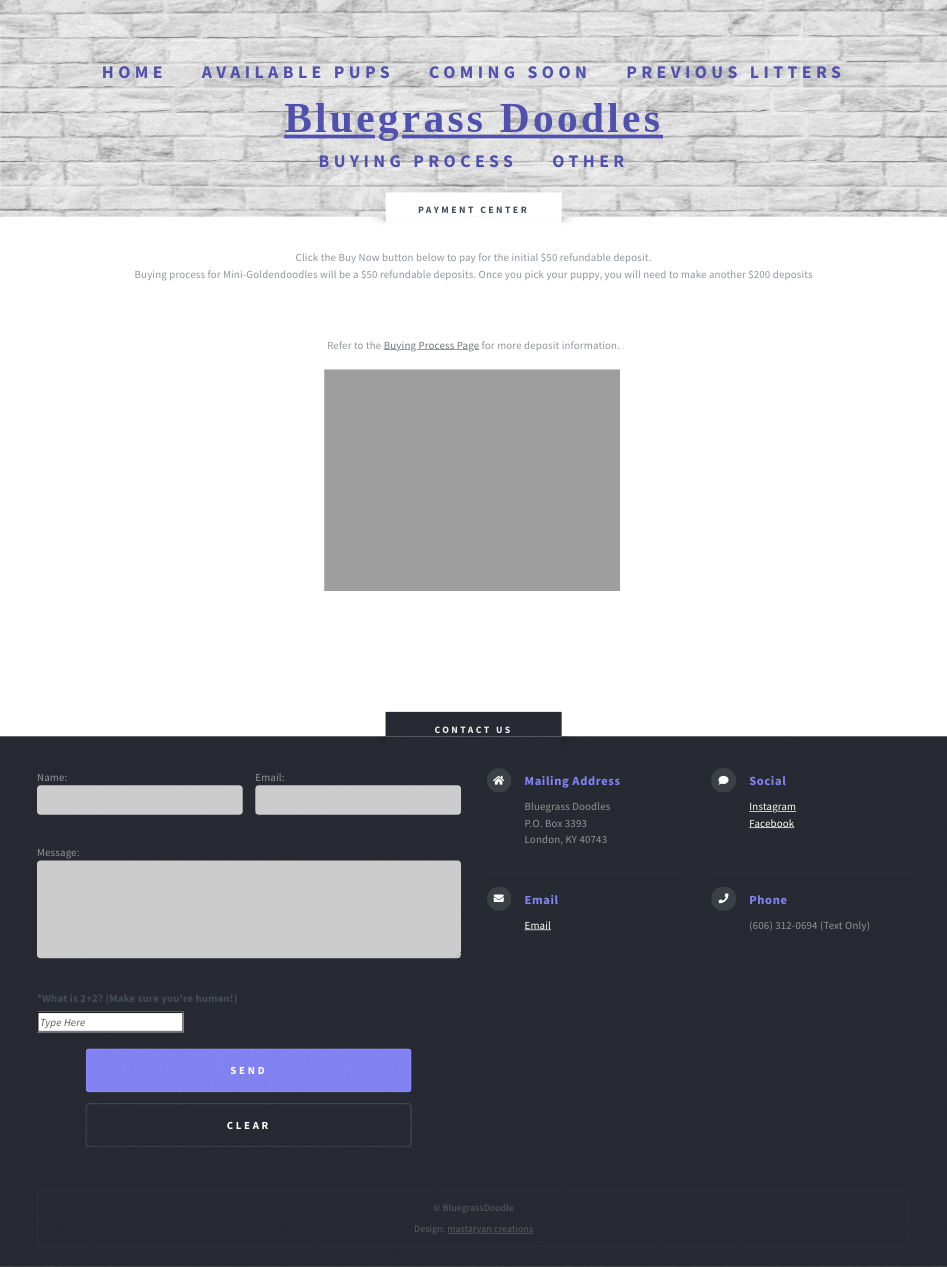
Repository: mastaryan/Cockapoo
Page: checkout2.html
These files come from the project's save history. The page is drawn as it stood at one moment and after the next save; the edit follows.
The browser window is 1280 px wide. The pictures show the whole page, at 74% of full size.
Pictures or frames that could not be fetched are drawn as grey boxes. Some web fonts or font styles are not loaded; a fallback is used.

Above is the page before, as saved 2020-12-05 21:21:42.

After the next save:
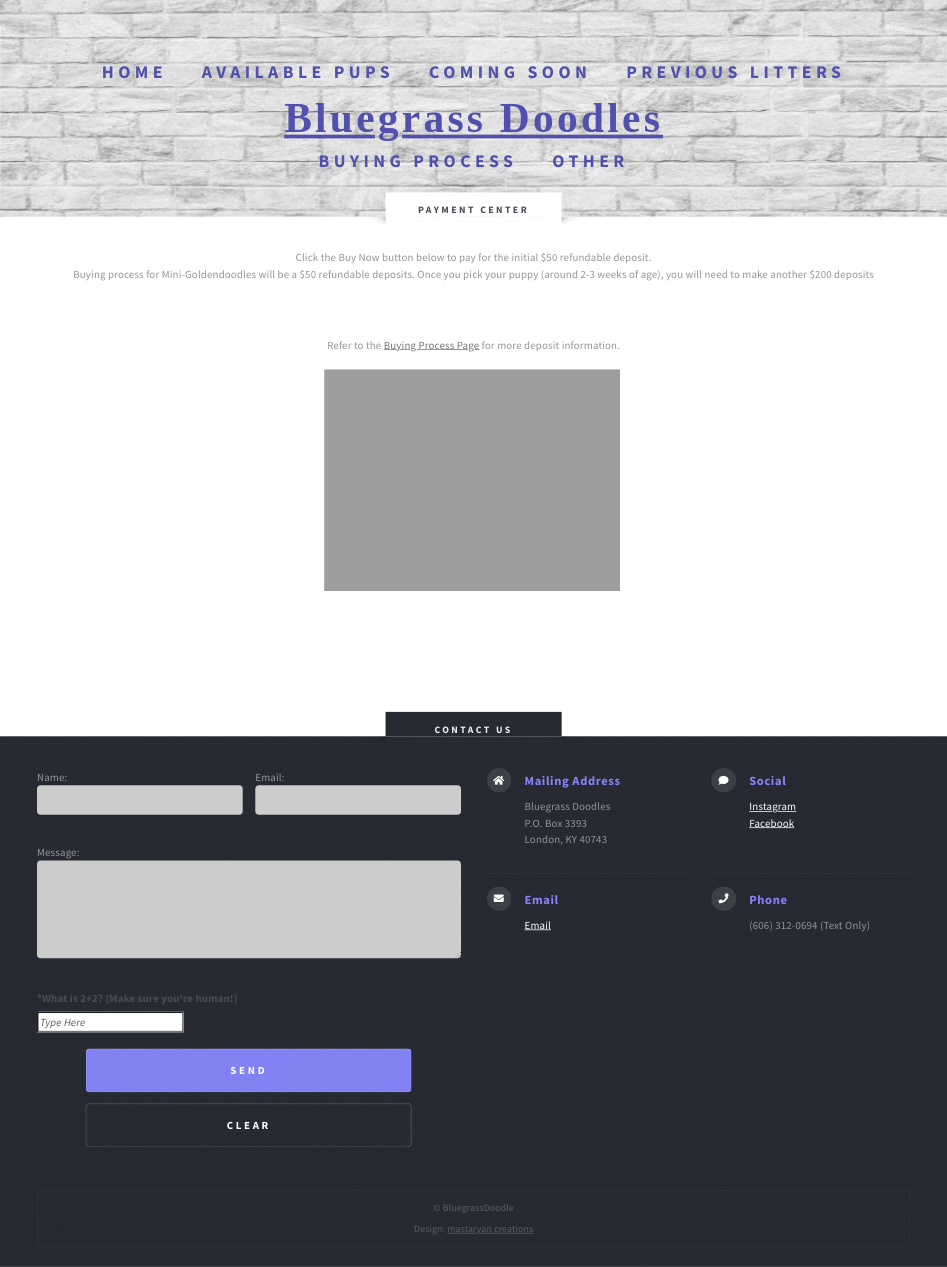
Saved 7 s later.
--- a/checkout2.html
+++ b/checkout2.html
@@ -80,7 +80,7 @@
 				<div id="payment">
 					<div class="container">
 						Click the Buy Now button below to pay for the initial $50 refundable deposit.
-						<p>Buying process for Mini-Goldendoodles will be a $50 refundable deposits. Once you pick your puppy,
+						<p>Buying process for Mini-Goldendoodles will be a $50 refundable deposits. Once you pick your puppy (around 2-3 weeks of age),
 							you will need to make another $200 deposits
 						</p>
 						<br>
